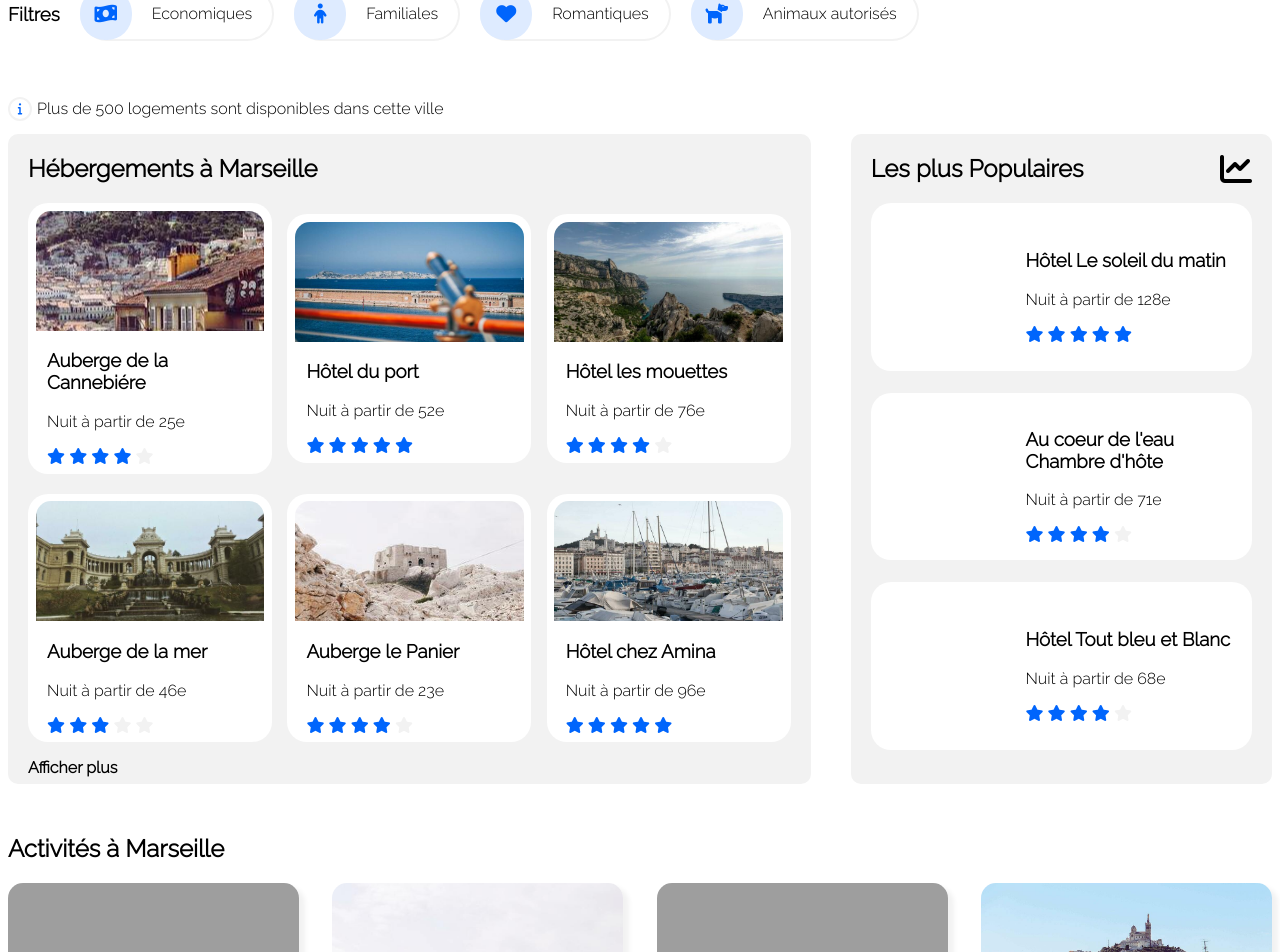
Repository: jaydeeonghub/DYLANBARBARISI_2_16062021
Page: index.html
The author's editor kept a copy of each file at every save. The page is drawn from the files as they stood at one save, then again after the next save.
The browser window is 1280 px wide. The pictures show the part of the page from y = 330 to 1282 px (the page is 2221 px tall).
Pictures or frames that could not be fetched are drawn as grey boxes. Some web libraries are served in a nearby version.

Above is the page before, as saved 2021-07-24 18:28:17.

After the next save:
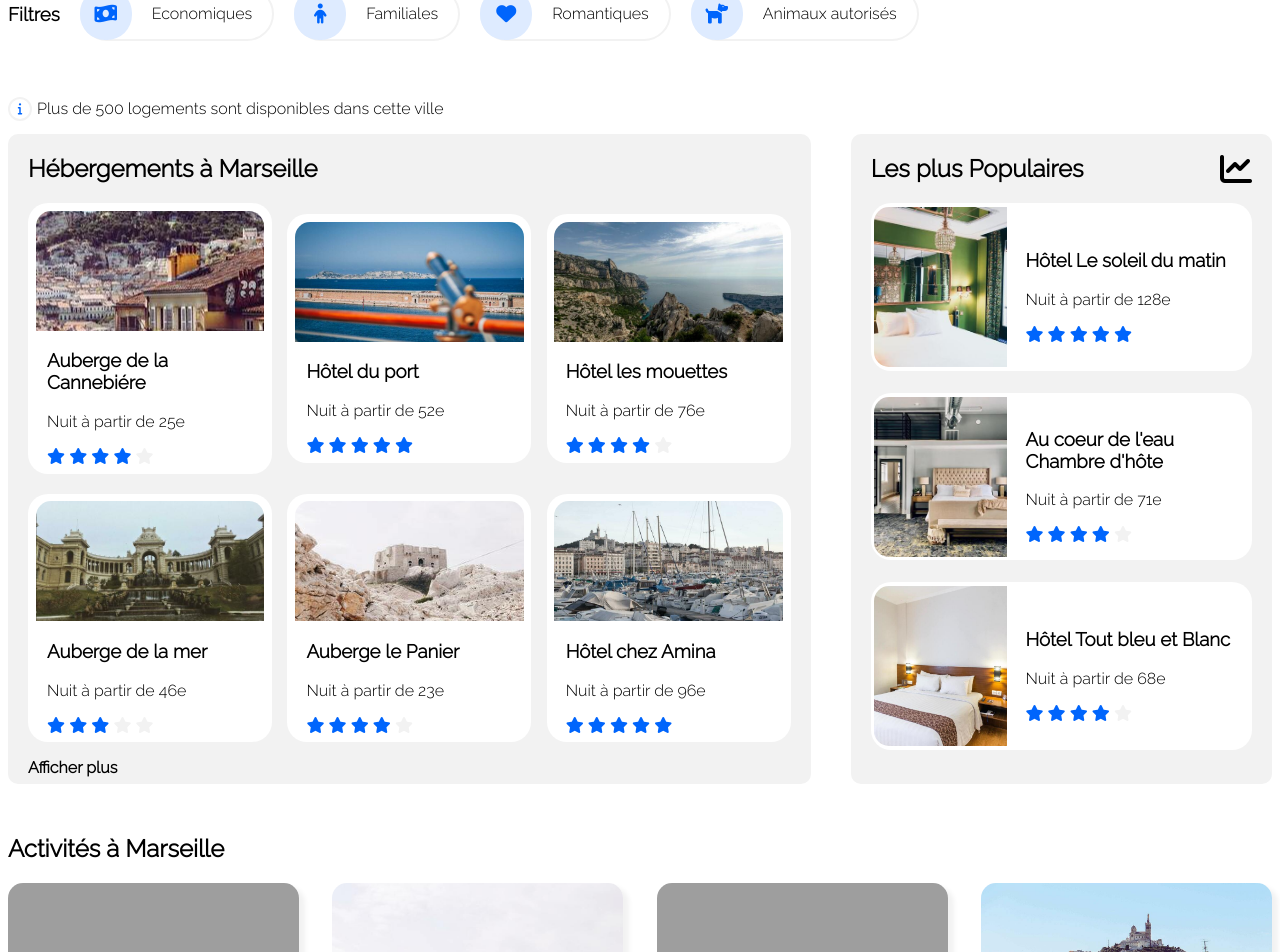
Saved 107 s later.
--- a/Styles.css
+++ b/Styles.css
@@ -286,7 +286,7 @@ body {
   padding-left: 5%;
 }
 .imgPopulaires1 {
-  background-image: url("");
+  background-image: url("./Assets/Images/hebergements/4_small/emile-guillemot-Bj_rcSC5XfE-unsplash.jpg");
   background-size: cover;
   background-position: center;
   width: 35%;
@@ -294,7 +294,7 @@ body {
   border-radius: 15px 0 0 15px;
 }
 .imgPopulaires2 {
-  background-image: url("");
+  background-image: url("./Assets/Images/hebergements/4_small/aw-creative-VGs8z60yT2c-unsplash.jpg");
   background-size: cover;
   background-position: center;
   width: 35%;
@@ -302,7 +302,7 @@ body {
   border-radius: 15px 0 0 15px;
 }
 .imgPopulaires3 {
-  background-image: url("");
+  background-image: url("./Assets/Images/hebergements/4_small/febrian-zakaria-sjvU0THccQA-unsplash.jpg");
   background-size: cover;
   background-position: center;
   width: 35%;
